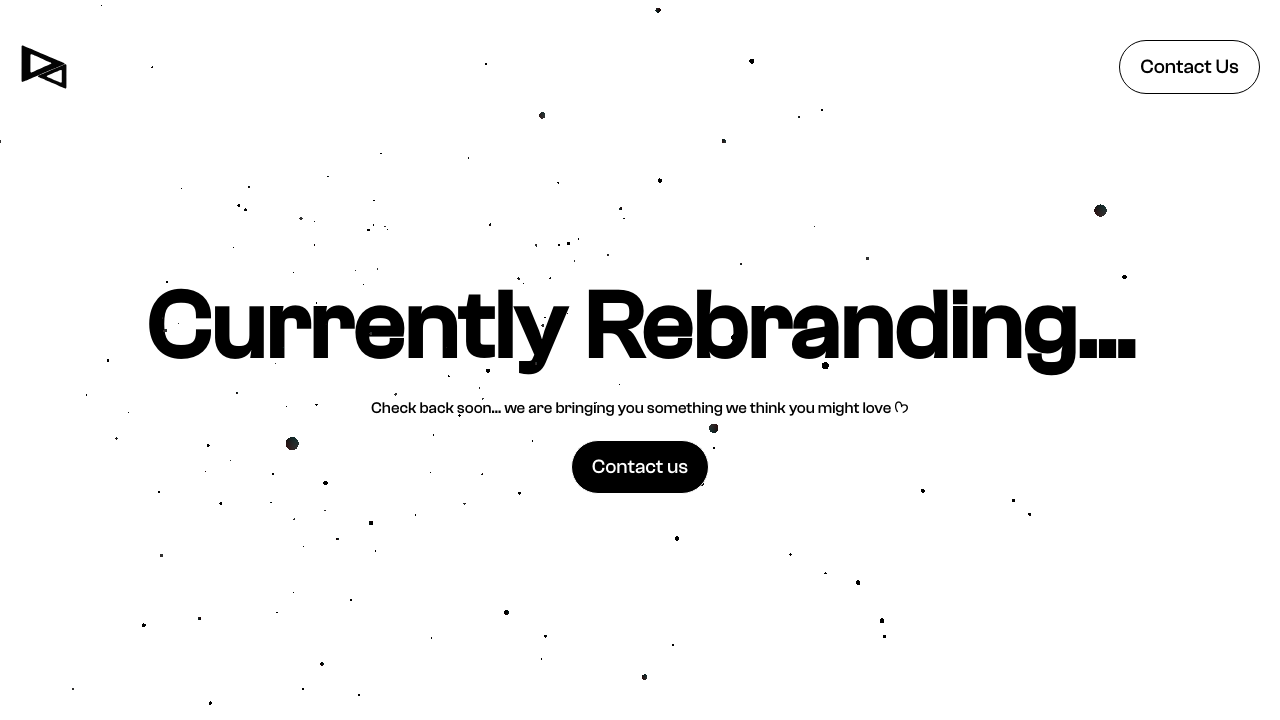
Repository: Cybugg/Nexxistudios-new
Page: /
These files come from the project's save history. The page is drawn as it stood at one moment and after the next save; the edit follows.
The browser window is 1280 px wide. The pictures show the whole page.
The project was rebuilt for these pictures with package versions that can differ from the ones it lists, and the page was loaded fresh each time. The framework's server and built-in components were replaced by stand-ins that run in the browser. Also part of the build but not shown: next.config.mjs.

Above is the page before, as saved 2025-09-06 16:14:59.

After the next save:
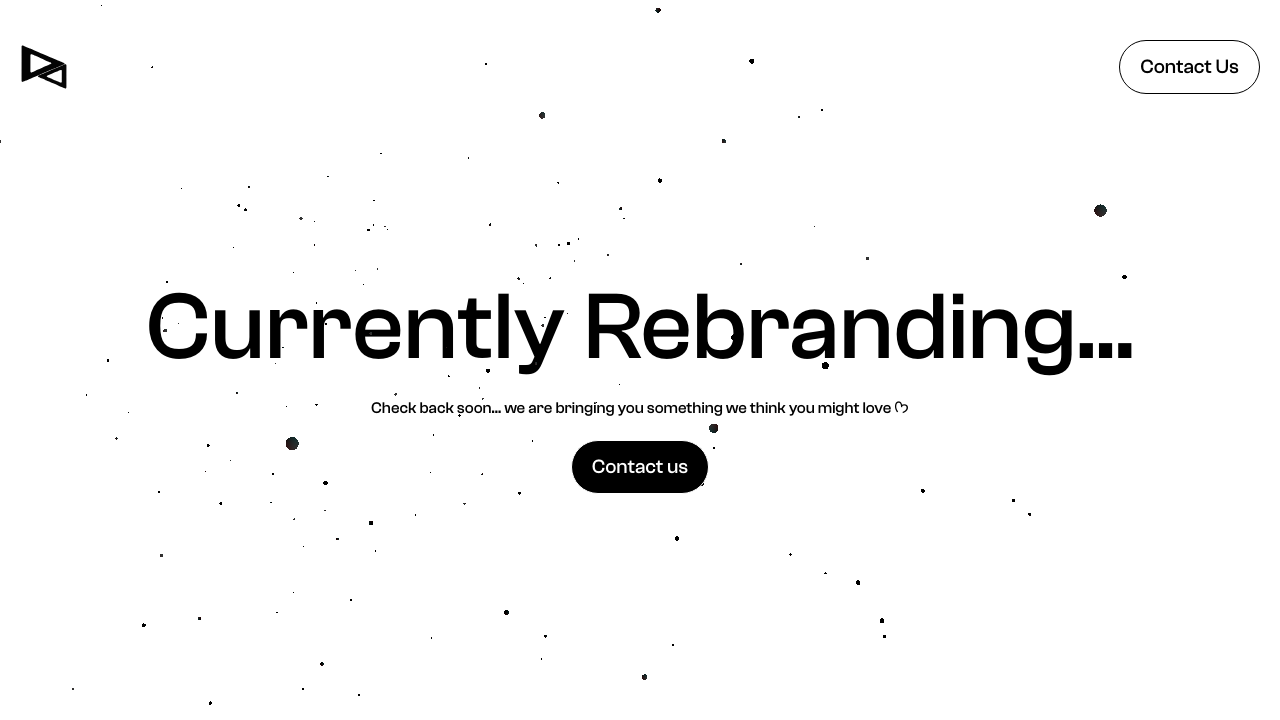
Saved 30 s later.
--- a/app/components/hero.js
+++ b/app/components/hero.js
@@ -10,7 +10,7 @@ function Hero() {
     <div className="flex flex-col items-center justify-center gap-5 w-full">
 
 {/* Main Text */}
-<h1 className=" text-black flex items-center justify-center  w-full font-semibold  text-8xl ">
+<h1 className=" text-black flex items-center justify-center  w-full   text-8xl ">
 Currently Rebranding...
 </h1>
 {/* Sub-text */}
